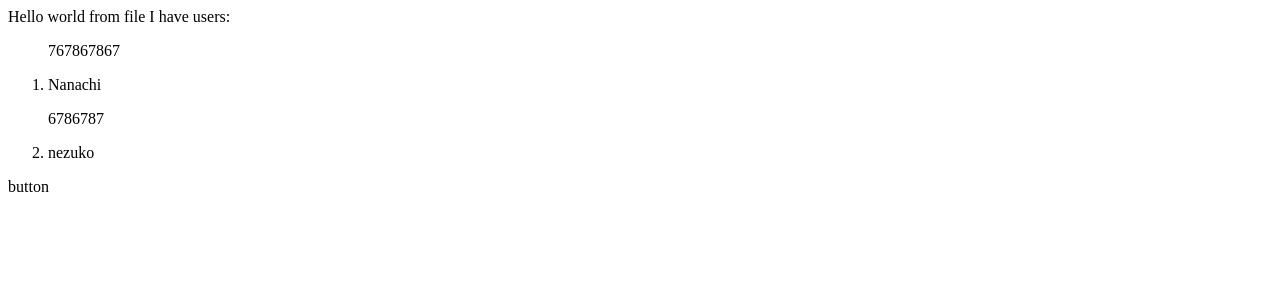
Repository: yevheniir/python_course_2020
Page: http://localhost/
The author's editor kept a copy of each file at every save. The page is drawn from the files as they stood at one save, then again after a run of saves.
The browser window is 1280 px wide. The pictures show the whole page.
The page is served by the project's application, run on Flask 3 (l4/app.py). Other server files are loaded and not shown.

Above is the page before, as saved 2020-06-27 18:56:57.

### l4/templates/index.html
Hello world from file

I have users:

<ol>
{% for user in users %}
    <p>{{user.id}}</p>
    <li>{{user.name}}</li>
{% endfor %}
</ol>


button

### l4/app.py
from flask import Flask
from flask import jsonify
from flask import render_template

app = Flask(__name__)
# ////////////////////////////////////////////

users_obj = [{"id": 767867867, "name": "Nanachi"}, {"id": 6786787, "name": "nezuko"}]


@app.route('/')  #контролер
def nanachi():
    return render_template("index.html", users=users_obj)


@app.route('/users')  #контролер
def users():
    return jsonify(users_obj)



# ////////////////////////////////////////////
if __name__ == '__main__':
    app.run()

After the next 4 saves:
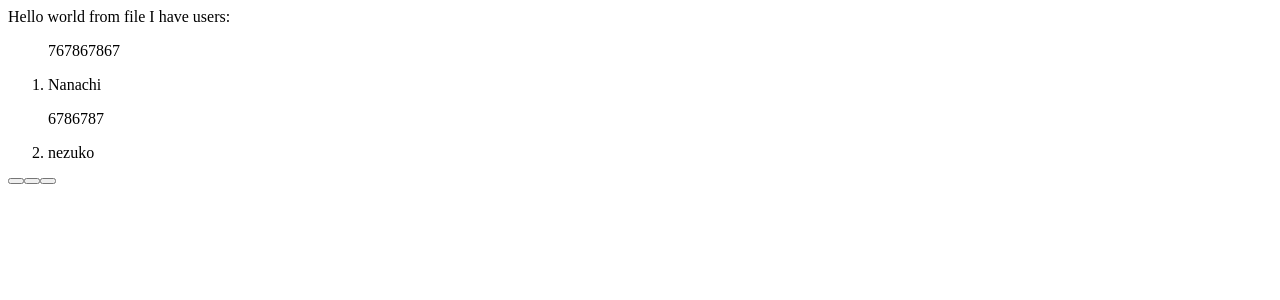
The 4 saves are shown as one change because they came seconds apart.
The last was saved 14 s later.
--- a/l4/templates/index.html
+++ b/l4/templates/index.html
@@ -10,4 +10,6 @@ I have users:
 </ol>
 
 
-button
+<button>
+<button>
+<button>
